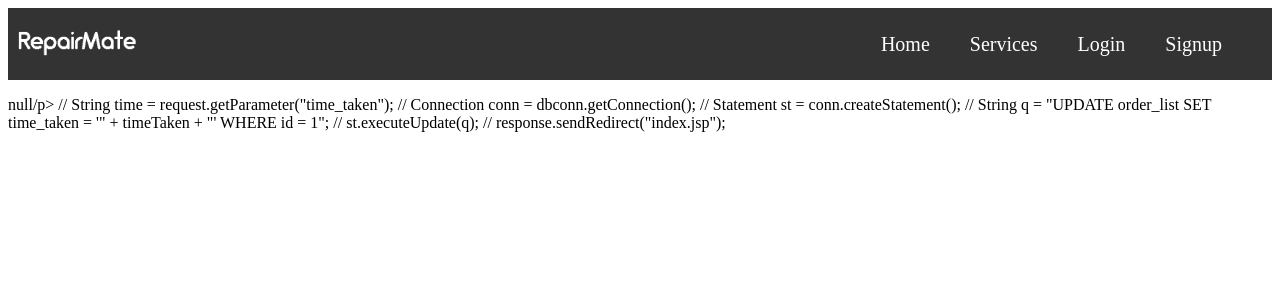
Repository: rohann12/RepairMate
Page: http://localhost/Garage/JSP/time.jsp
An editor plug-in stored every save of this project. The page is shown before and after the next save, followed by the edit.
The browser window is 1280 px wide. The pictures show the whole page.
The page is served by Tomcat 9. Other server files are loaded and not shown.

Above is the page before, as saved 2023-06-19 23:01:40.

### Garage/src/main/webapp/JSP/time.jsp
<%@ page language="java" contentType="text/html; charset=UTF-8"
	pageEncoding="UTF-8"%>
<%@ page import="com.database.*"%>
<%@ page import="java.sql.*"%>
<!DOCTYPE html>
<html>
<head>
<meta charset="UTF-8">
<title>Insert title here</title>
</head>
<body>
	<jsp:include page="nav.jsp"></jsp:include>
	<p><%=request.getParameter("timeTaken") %>/p>

<%-- 	<% --%>
// 	String time = request.getParameter("time_taken");
// 	Connection conn = dbconn.getConnection();
// 	Statement st = conn.createStatement();
// 	String q = "UPDATE order_list SET time_taken = '" + timeTaken + "' WHERE id = 1";
// 	st.executeUpdate(q);
// 	response.sendRedirect("index.jsp");
<%-- 	%> --%>
</body>
</html>

### Garage/src/main/webapp/JSP/nav.jsp
<%@page contentType="text/html" pageEncoding="UTF-8"%>
<%@page import="javax.servlet.http.HttpSession"%>

<style>
nav {
  background-color: #333;
  padding: 10px;
  display: flex;
  justify-content: space-between;
  align-items: center;
}

.navbar-logo img {
  height: 40px;
}

.navbar-links ul {
  list-style-type: none;
  margin: 0;
  padding: 0;
  display: flex;
}

.navbar-links li {
  margin-right: 20px;
}

.navbar-links li a {
  color: #fff;
  text-decoration: none;
  font-size: 16px;
  font-size: 20px;
    margin-right: 20px;


}

.navbar-links li a:hover {
  color: #ff6600;

}
.navbar-logo{
margin-top:8px;
}
</style>
<nav>
  <div class="navbar-logo">

      <a href=index.jsp><img src="../Contents/logo.png" alt="Logo"></a>


  </div>
  <div class="navbar-links">
    <ul>
      <li><a href="index.jsp">Home</a></li>
      <li><a href="order.jsp">Services</a></li>

       <%-- Checking session to determine login/logout links --%>
      <%
        HttpSession s = request.getSession(false);
        if (s != null && s.getAttribute("username") != null) {
          // User is logged in, show logout link
          %>
          <li class="jobs"><a href="jobs.jsp">Jobs</a></li>
          <li class="logout"><a href="logout.jsp">Logout</a></li>

          <%
        } else {
          // User is not logged in, show login link
          %>
          <li class="login"><a href="login.jsp">Login</a></li>
          <li class="Signup"><a href="reg.jsp">Signup</a></li>
          <%
        }
      %>
    </ul>
  </div>
</nav>

After the next save:
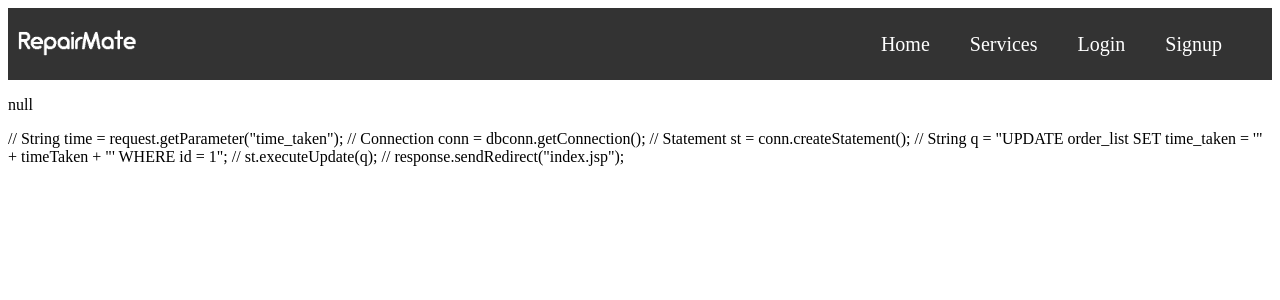
Saved 9 s later.
--- a/Garage/src/main/webapp/JSP/time.jsp
+++ b/Garage/src/main/webapp/JSP/time.jsp
@@ -10,7 +10,7 @@
 </head>
 <body>
 	<jsp:include page="nav.jsp"></jsp:include>
-	<p><%=request.getParameter("timeTaken") %>/p>
+	<p><%=request.getParameter("timeTaken") %></p>
 
 <%-- 	<% --%>
 // 	String time = request.getParameter("time_taken");
